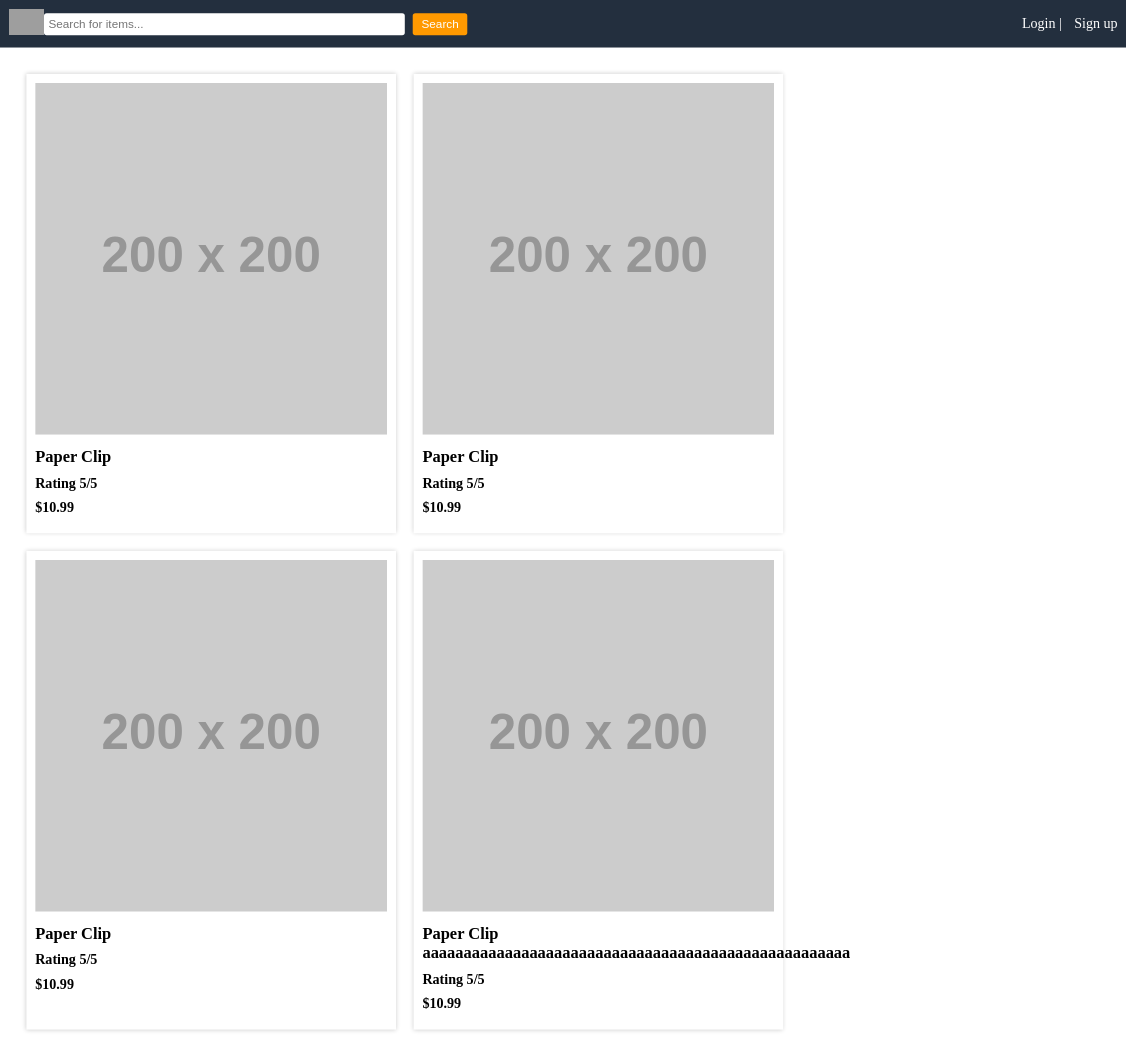
Repository: Minh-John-Le/OfficeSupplyDepot
Page: http://localhost/OfficeSupplyDepotServlet/MainPage.jsp
An editor plug-in stored every save of this project. The page is shown before and after the next save, followed by the edit.
The browser window is 1280 px wide. The pictures show the whole page, at 88% of full size.
Pictures or frames that could not be fetched are drawn as grey boxes. The page is served by Tomcat 9. Nobody is signed in. The application's start-up code is not run.

Above is the page before, as saved 2023-03-13 06:35:02.

After the next save:
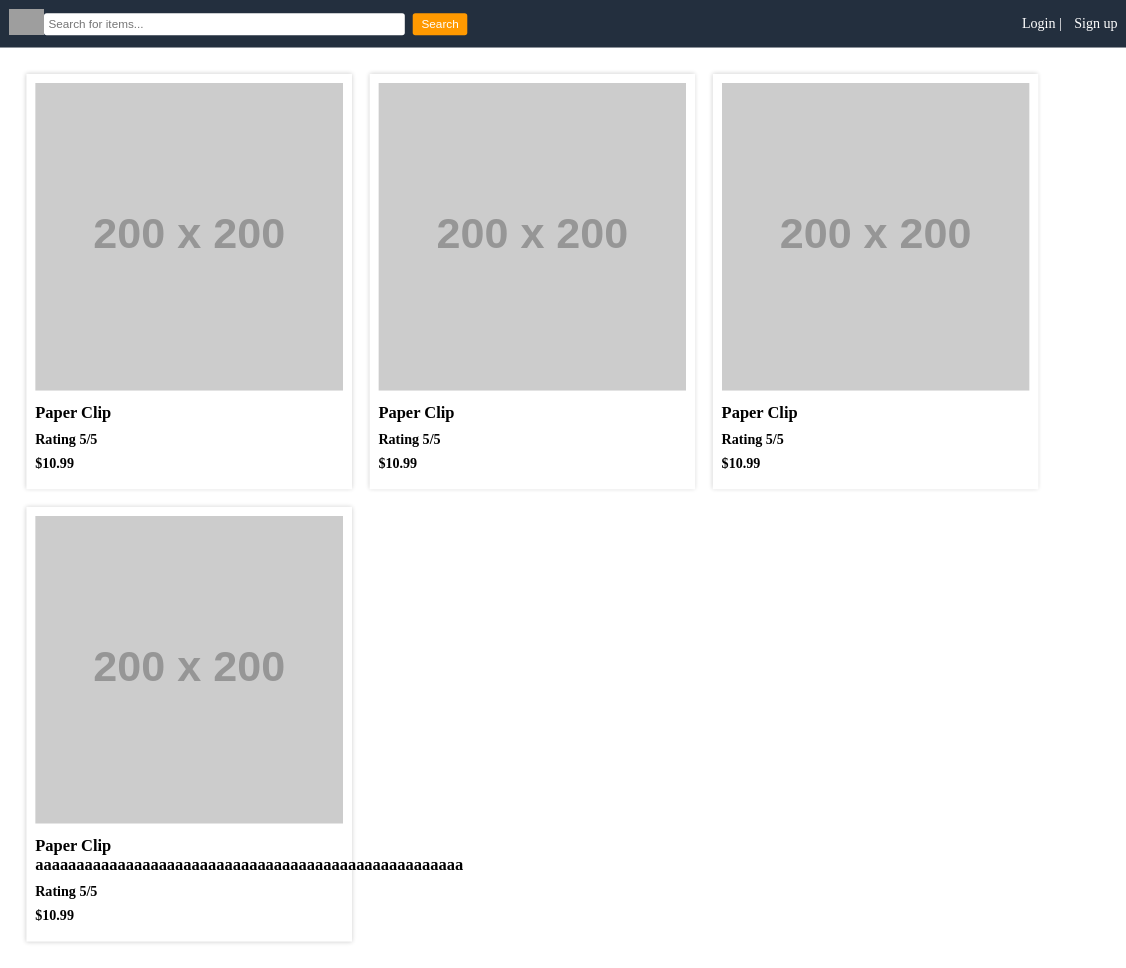
Saved 14 s later.
--- a/OfficeSupplyDepotServlet/src/main/webapp/MainPage.css
+++ b/OfficeSupplyDepotServlet/src/main/webapp/MainPage.css
@@ -46,7 +46,7 @@ body {
 	padding: 20px;
 }
 .item-box {
-	width: 400px;
+	width: 350px;
 	margin: 10px;
 	padding: 10px;
 	background-color: #fff;
